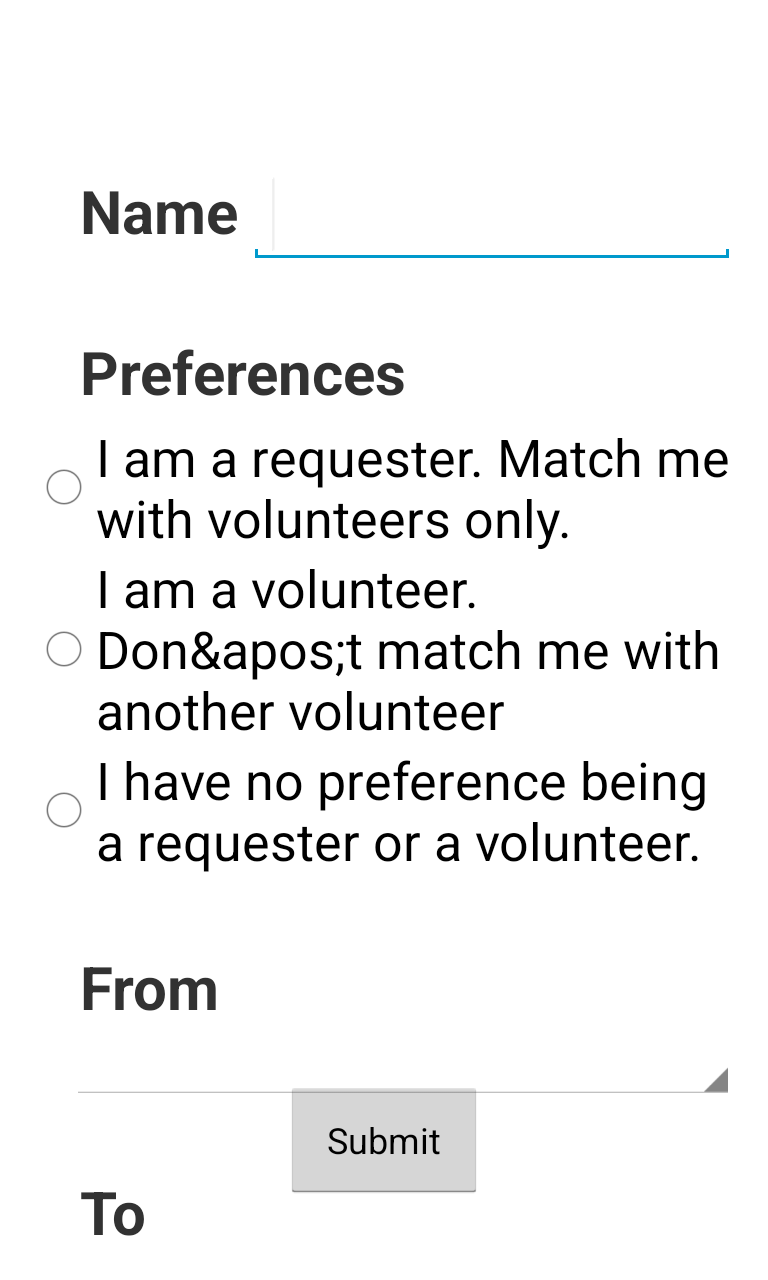
Repository: rwillmot/CS180-SafeWalk-Phase2
Layout: SafeWalkAndroidClient/res/layout/client_fragment_layout.xml
The author's editor kept a copy of each file at every save. The layout is drawn from the files as they stood at one save, then again after the next save.
It is drawn on a 768 x 1280 px phone screen (xhdpi) without system bars, with theme AppTheme; the app's code is not run.

Above is the layout before, as saved 2014-12-04 03:59:26.

After the next save:
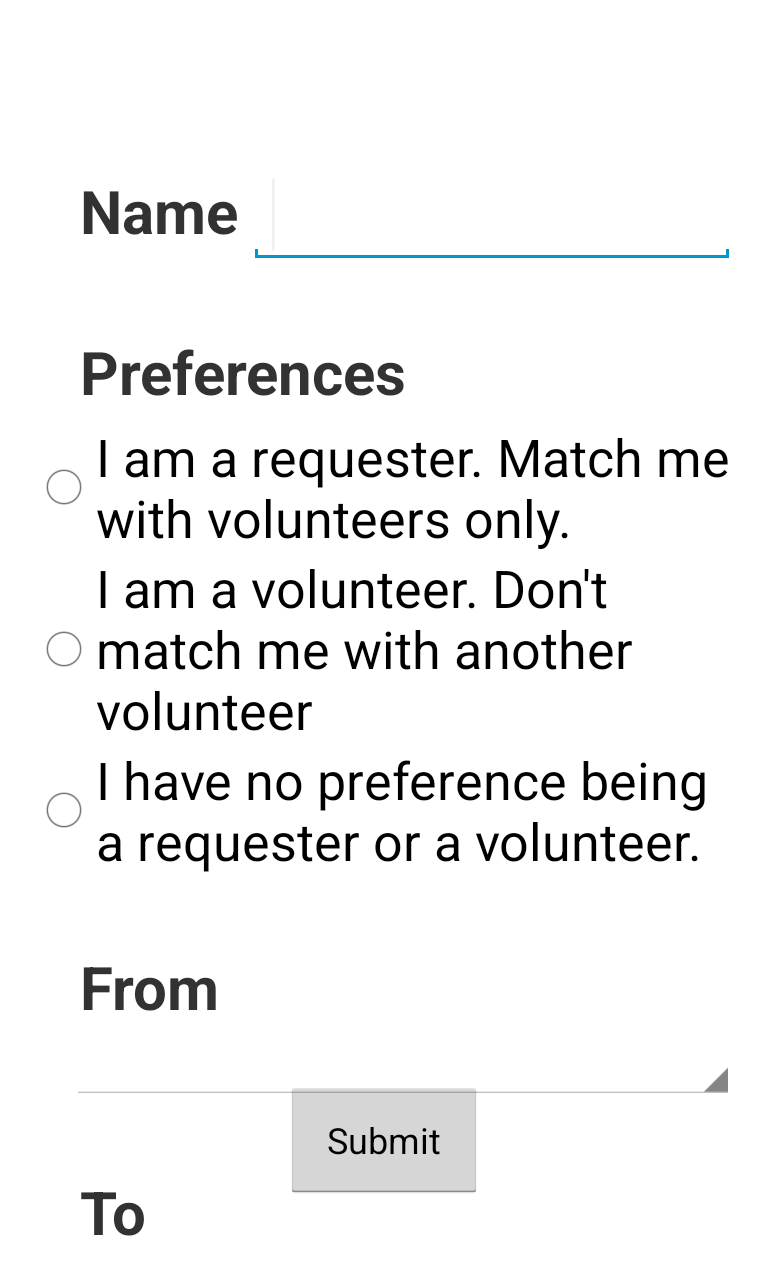
Saved 13 min 24 s later.
--- a/SafeWalkAndroidClient/res/layout/client_fragment_layout.xml
+++ b/SafeWalkAndroidClient/res/layout/client_fragment_layout.xml
@@ -80,7 +80,7 @@
         android:layout_centerVertical="true"
         android:layout_below="@+id/radio_requester"
         android:onClick="onRadioButtonClicked"
-        android:text="@string/volunteer"
+        android:text="I am a volunteer. Don't match me with another volunteer"
         android:textSize="26sp" />
     <RadioButton
         android:id="@+id/radio_neutral"
